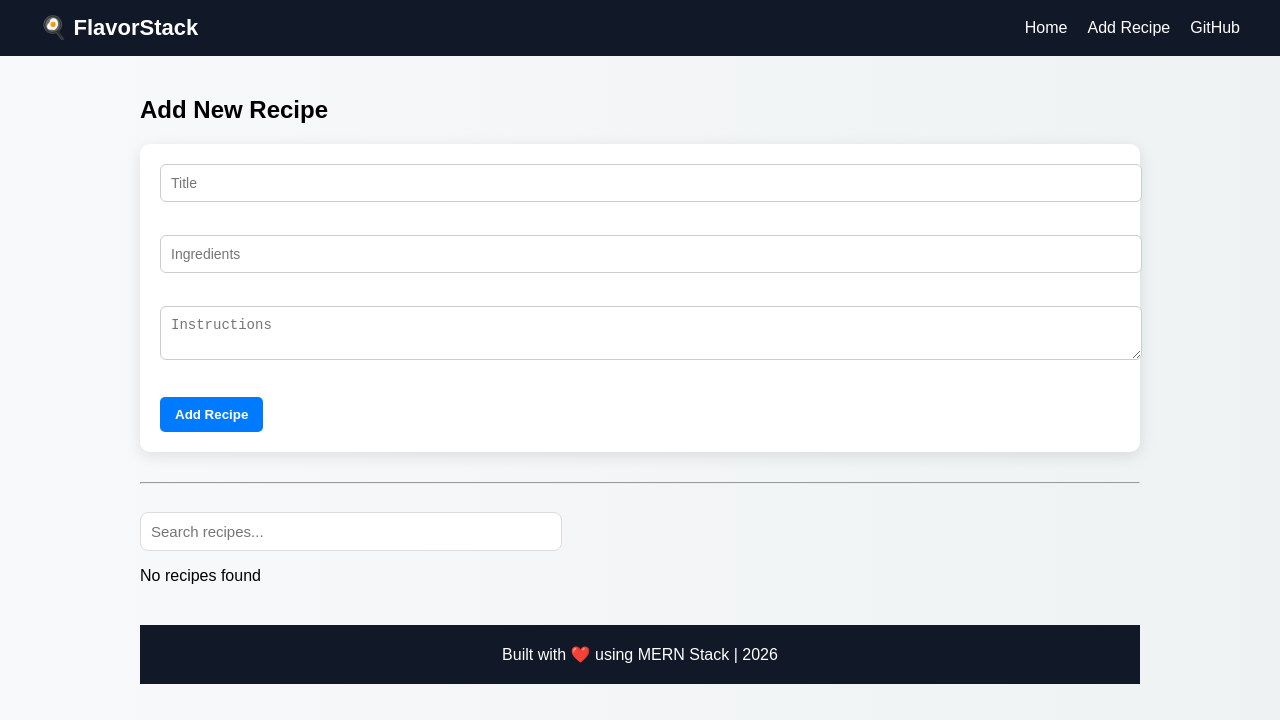
Repository: arshathdevo/recipeblogfrontend
Page: /
The author's editor kept a copy of each file at every save. The page is drawn from the files as they stood at one save, then again after a run of saves.
The browser window is 1280 px wide. The pictures show the whole page.
The page's requests for data from a server got no answer. The project was rebuilt for these pictures with package versions that can differ from the ones it lists, and the page was loaded fresh each time. No one was signed in, and anything a server would have sent is missing.

Above is the page before, as saved 2026-02-14 12:36:10.

After the next 2 saves:
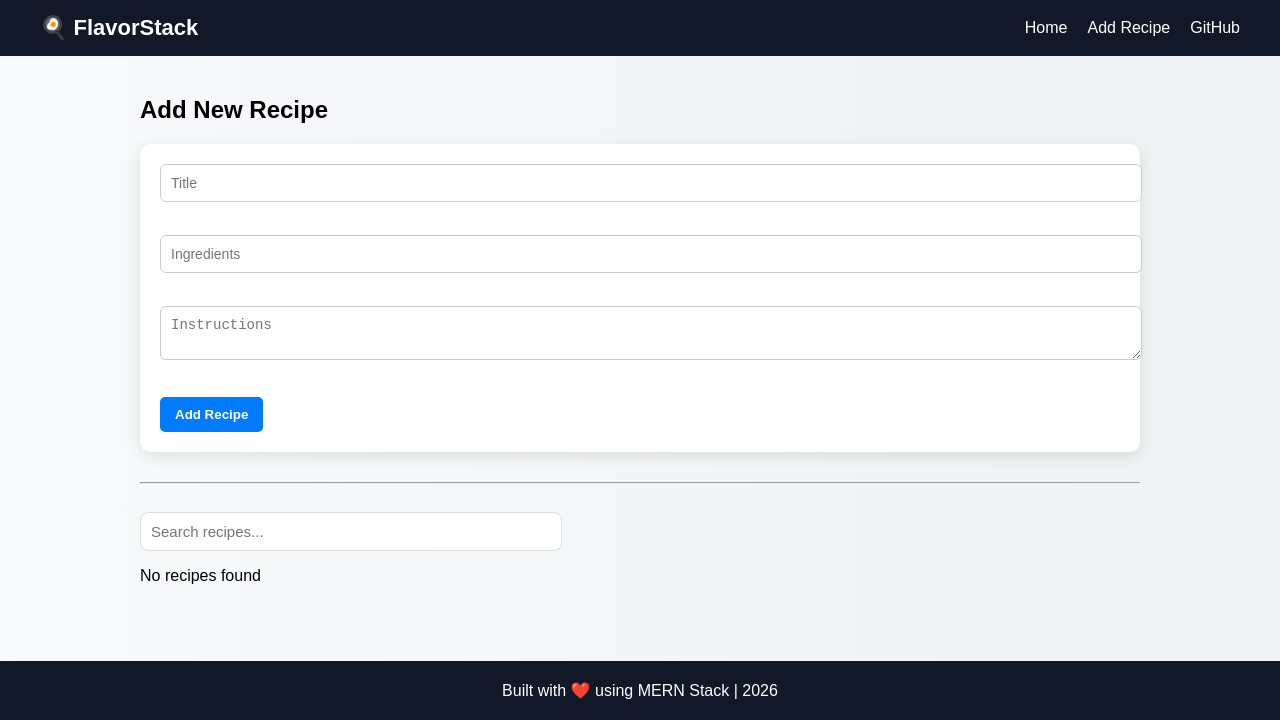
The 2 saves are shown as one change because 1 did not build or start.
The last was saved 26 s later.
--- a/src/App.js
+++ b/src/App.js
@@ -278,11 +278,11 @@ const handleEdit = (recipe) => {
         ))}
         </div>
       )}
-      <footer className="footer">
+
+
+    </div><footer className="footer">
   Built with ❤️ using MERN Stack | 2026
-</footer>
-
-    </div></>
+</footer></>
   );
 }
 
